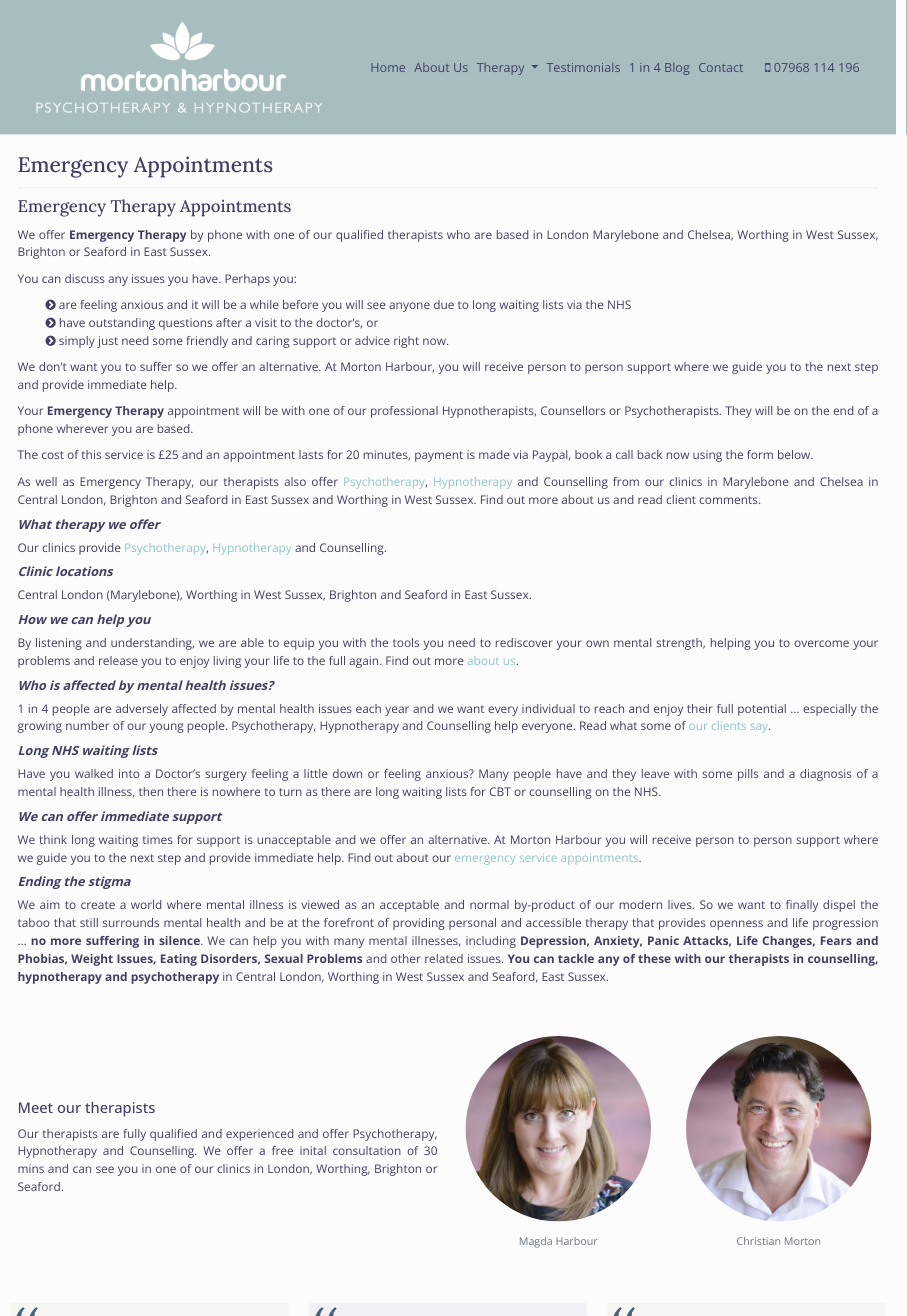
Repository: Code-Institute-Submissions/mortonharbour
Page: emergency therapy.html
The author's editor kept a record of every edit. The page is drawn from the files as they stood at one moment, then again after the next edit.
The browser window is 1280 px wide. The page is 1295 px wide, then 1280 px, so the pictures cover 1295 px, including what lies to the right of the window. The pictures show the part of the page from y = 0 to 1880 px (the page is 2891 px tall before and 2197 px after), at 70% of full size.
Some web libraries are served in a nearby version.

Above is the page before.

After the next edit:
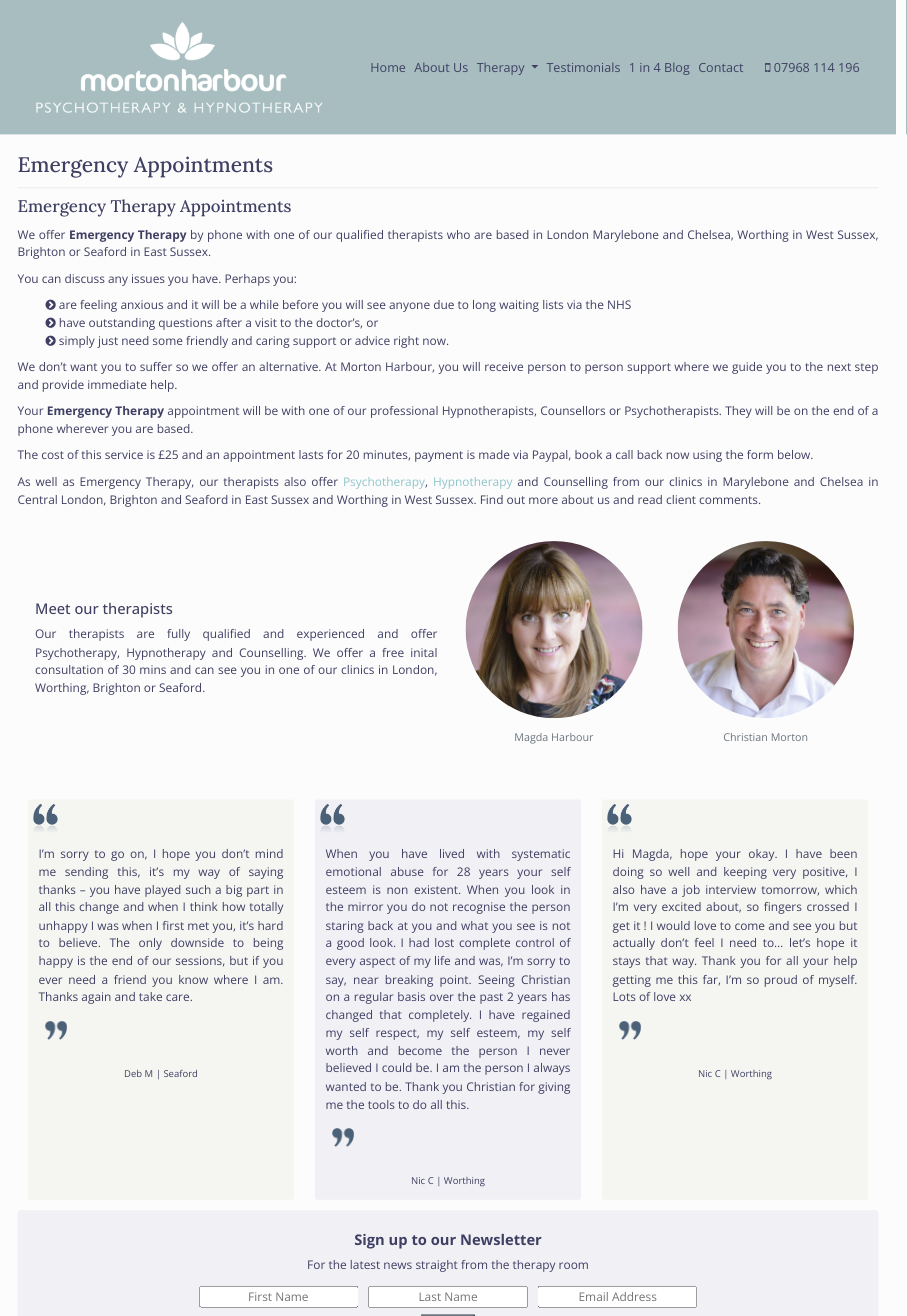
The edit:
--- a/emergency therapy.html
+++ b/emergency therapy.html
@@ -82,32 +82,6 @@
             <p>The cost of this service is £25 and an appointment lasts for 20 minutes, payment is made via Paypal, book a call back now using the form below.</p>
             <p>As well as Emergency Therapy, our therapists also offer <a href="psychotherapy.html" class="website-links"><span class="sr-only">Find out about psychotherapy we offer</span>Psychotherapy</a>, <a href="hypnotherapy.html" class="website-links"><span class="sr-only">Find out about hypnotherapy we offer</span>Hypnotherapy</a> and Counselling from our clinics in Marylebone and Chelsea in Central London, Brighton and Seaford in East Sussex and Worthing in West Sussex. Find out more about us and read client comments.</p>
 
-            <h4><b><em>What therapy we offer</em></b></h4>
-            <p>Our clinics provide <a href="psychotherapy.html" class="website-links"><span class="sr-only">Find out about psychotherapy we offer</span>Psychotherapy</a>, <a href="hypnotherapy.html" class="website-links"><span class="sr-only">Find out about hypnotherapy we offer</span>Hypnotherapy</a>                and Counselling.</p>
-            <h4><b><em>Clinic locations</em></b></h4>
-            <p>Central London (Marylebone), Worthing in West Sussex, Brighton and Seaford in East Sussex.</p>
-            <h4><b><em>How we can help you</em></b></h4>
-            <p>By listening and understanding, we are able to equip you with the tools you need to rediscover your own mental strength, helping you to overcome your problems and release you to enjoy living your life to the full again. Find out more
-                <a href="about us.html" class="website-links"><span class="sr-only">Find out more about us</span>about us</a>.</p>
-            <h4><b><em>Who is affected by mental health issues?</em></b></h4>
-            <p>1 in 4 people are adversely affected by mental health issues each year and we want every individual to reach and enjoy their full potential … especially the growing number of our young people. Psychotherapy, Hypnotherapy and Counselling help
-                everyone. Read what some of <a href="testimonials.html" class="website-links"><span class="sr-only">Find out what our clients say</span>our clients say</a>.</p>
-            <h4><b><em>Long NHS waiting lists</em></b></h4>
-            <p>Have you walked into a Doctor’s surgery feeling a little down or feeling anxious? Many people have and they leave with some pills and a diagnosis of a mental health illness, then there is nowhere to turn as there are long waiting lists for
-                CBT or counselling on the NHS.</p>
-            <h4><b><em>We can offer immediate support</em></b></h4>
-            <p>We think long waiting times for support is unacceptable and we offer an alternative. At Morton Harbour you will receive person to person support where we guide you to the next step and provide immediate help. Find out about our <a href="contact.html"
-                    class="website-links"><span class="sr-only">emergency appointments</span>emergency service appointments</a>.</p>
-            <h4><b><em>Ending the stigma</em></b></h4>
-            <p>We aim to create a world where mental illness is viewed as an acceptable and normal by-product of our modern lives. So we want to finally dispel the taboo that still surrounds mental health and be at the forefront of providing personal and
-                accessible therapy that provides openness and life progression … <strong>no more suffering in silence</strong>. We can help you with many mental illnesses, including <b>Depression, Anxiety, Panic Attacks, Life Changes, Fears and Phobias, Weight
-                    Issues, Eating Disorders, Sexual Problems</b> and other related issues. <b>You can tackle any of these with our therapists in counselling, hypnotherapy and psychotherapy</b> in Central London, Worthing in West Sussex and Seaford, East
-                Sussex.
-            </p>
-        </div>
-    </section>
-
-    <!------------------------------------------------------------End of Initial content-->
 
     <!------------------------------------------------------------<Meet our Therapists-->
     <section class="main-content-text">
